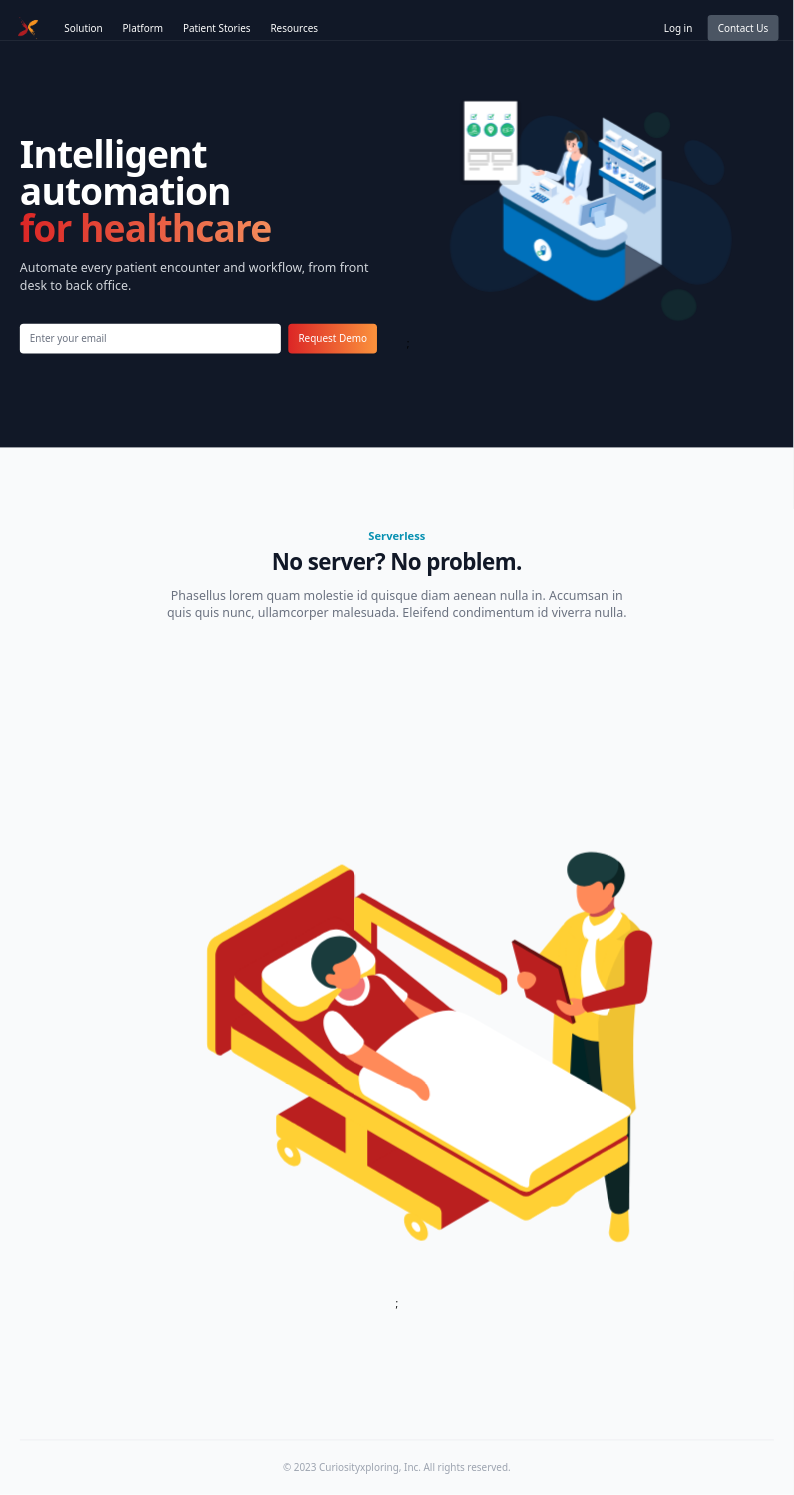
Repository: VinceBrun/medical-web3-app
Page: /
The author's editor kept a copy of each file at every save. The page is drawn from the files as they stood at one save, then again after the next save.
The browser window is 1280 px wide. The pictures show the whole page, at 62% of full size.
The project was rebuilt for these pictures with package versions that can differ from the ones it lists, and the page was loaded fresh each time. The framework's server and built-in components were replaced by stand-ins that run in the browser. Also part of the build but not shown: next.config.js, styles/Home.module.css.

Above is the page before, as saved 2023-01-12 16:37:16.

### pages/index.js
import Head from "next/head";
import Image from "next/image";
import { Inter } from "@next/font/google";
import styles from "../styles/Home.module.css";
import Landing from "../components/Landing";

const inter = Inter({ subsets: ["latin"] });

export default function Home() {
  return (
    <>
      <Head>
        <title>Medical Records</title>
        <meta
          name="description"
          content="Medical Records kept safe on the blockchain"
        />
        <meta name="viewport" content="width=device-width, initial-scale=1" />
        <link rel="icon" href="/images/favicon.ico" />
      </Head>
      <main className="">
        <Landing />
      </main>
    </>
  );
}

### components/Landing.jsx
import React from "react";
import { Fragment } from "react";
import { Popover, Transition } from "@headlessui/react";
import {
  ArrowPathIcon,
  Bars3Icon,
  CloudArrowUpIcon,
  CogIcon,
  LockClosedIcon,
  ServerIcon,
  ShieldCheckIcon,
  XMarkIcon,
} from "@heroicons/react/24/outline";
import {
  ArrowTopRightOnSquareIcon,
  ChevronRightIcon,
} from "@heroicons/react/20/solid";
import Lottie from "lottie-react";
import medicalanimation from "../public/images/medicalanimation.json";
import medicalpatient from "../public/images/medicalpatient.json";
import onlinemedicalanimation from "../public/images/onlinemedicalanimation.json";

const navigation = [
  { name: "Solution", href: "#" },
  { name: "Platform", href: "#" },
  { name: "Patient Stories", href: "#" },
  { name: "Resources", href: "#" },
];
const features = [
  {
    name: "Push to Deploy",
    description:
      "Ac tincidunt sapien vehicula erat auctor pellentesque rhoncus. Et magna sit morbi vitae lobortis.",
    icon: CloudArrowUpIcon,
  },
  {
    name: "SSL Certificates",
    description:
      "Qui aut temporibus nesciunt vitae dicta repellat sit dolores pariatur. Temporibus qui illum aut.",
    icon: LockClosedIcon,
  },
  {
    name: "Simple Queues",
    description:
      "Rerum quas incidunt deleniti quaerat suscipit mollitia. Amet repellendus ut odit dolores qui.",
    icon: ArrowPathIcon,
  },
  {
    name: "Advanced Security",
    description:
      "Ullam laboriosam est voluptatem maxime ut mollitia commodi. Et dignissimos suscipit perspiciatis.",
    icon: ShieldCheckIcon,
  },
  {
    name: "Powerful API",
    description:
      "Ab a facere voluptatem in quia corrupti veritatis aliquam. Veritatis labore quaerat ipsum quaerat id.",
    icon: CogIcon,
  },
  {
    name: "Database Backups",
    description:
      "Quia qui et est officia cupiditate qui consectetur. Ratione similique et impedit ea ipsum et.",
    icon: ServerIcon,
  },
];
const blogPosts = [
  {
    id: 1,
    title: "Boost your conversion rate",
    href: "#",
    date: "Mar 16, 2020",
    datetime: "2020-03-16",
    category: { name: "Article", href: "#" },
    imageUrl:
      "https://images.unsplash.com/photo-1496128858413-b36217c2ce36?ixlib=rb-1.2.1&ixid=eyJhcHBfaWQiOjEyMDd9&auto=format&fit=crop&w=1679&q=80",
    preview:
      "Lorem ipsum dolor sit amet consectetur adipisicing elit. Architecto accusantium praesentium eius, ut atque fuga culpa, similique sequi cum eos quis dolorum.",
    author: {
      name: "Roel Aufderehar",
      imageUrl:
        "https://images.unsplash.com/photo-1472099645785-5658abf4ff4e?ixlib=rb-1.2.1&ixid=eyJhcHBfaWQiOjEyMDd9&auto=format&fit=facearea&facepad=2&w=256&h=256&q=80",
      href: "#",
    },
    readingLength: "6 min",
  },
  {
    id: 2,
    title: "How to use search engine optimization to drive sales",
    href: "#",
    date: "Mar 10, 2020",
    datetime: "2020-03-10",
    category: { name: "Video", href: "#" },
    imageUrl:
      "https://images.unsplash.com/photo-1547586696-ea22b4d4235d?ixlib=rb-1.2.1&ixid=eyJhcHBfaWQiOjEyMDd9&auto=format&fit=crop&w=1679&q=80",
    preview:
      "Lorem ipsum dolor sit amet consectetur adipisicing elit. Velit facilis asperiores porro quaerat doloribus, eveniet dolore. Adipisci tempora aut inventore optio animi., tempore temporibus quo laudantium.",
    author: {
      name: "Brenna Goyette",
      imageUrl:
        "https://images.unsplash.com/photo-1550525811-e5869dd03032?ixlib=rb-1.2.1&ixid=eyJhcHBfaWQiOjEyMDd9&auto=format&fit=facearea&facepad=2&w=256&h=256&q=80",
      href: "#",
    },
    readingLength: "4 min",
  },
  {
    id: 3,
    title: "Improve your customer experience",
    href: "#",
    date: "Feb 12, 2020",
    datetime: "2020-02-12",
    category: { name: "Case Study", href: "#" },
    imageUrl:
      "https://images.unsplash.com/photo-1492724441997-5dc865305da7?ixlib=rb-1.2.1&ixid=eyJhcHBfaWQiOjEyMDd9&auto=format&fit=crop&w=1679&q=80",
    preview:
      "Lorem ipsum dolor sit amet consectetur adipisicing elit. Sint harum rerum voluptatem quo recusandae magni placeat saepe molestiae, sed excepturi cumque corporis perferendis hic.",
    author: {
      name: "Daniela Metz",
      imageUrl:
        "https://images.unsplash.com/photo-1487412720507-e7ab37603c6f?ixlib=rb-1.2.1&ixid=eyJhcHBfaWQiOjEyMDd9&auto=format&fit=facearea&facepad=2&w=256&h=256&q=80",
      href: "#",
    },
    readingLength: "11 min",
  },
];
const footerNavigation = {
  solutions: [
    { name: "Marketing", href: "#" },
    { name: "Analytics", href: "#" },
    { name: "Commerce", href: "#" },
    { name: "Insights", href: "#" },
  ],
  support: [
    { name: "Pricing", href: "#" },
    { name: "Documentation", href: "#" },
    { name: "Guides", href: "#" },
    { name: "API Status", href: "#" },
  ],
  company: [
    { name: "About", href: "#" },
    { name: "Blog", href: "#" },
    { name: "Jobs", href: "#" },
    { name: "Press", href: "#" },
    { name: "Partners", href: "#" },
  ],
  legal: [
    { name: "Claim", href: "#" },
    { name: "Privacy", href: "#" },
    { name: "Terms", href: "#" },
  ],
  social: [
    {
      name: "Facebook",
      href: "#",
      icon: (props) => (
        <svg fill="currentColor" viewBox="0 0 24 24" {...props}>
          <path
            fillRule="evenodd"
            d="M22 12c0-5.523-4.477-10-10-10S2 6.477 2 12c0 4.991 3.657 9.128 8.438 9.878v-6.987h-2.54V12h2.54V9.797c0-2.506 1.492-3.89 3.777-3.89 1.094 0 2.238.195 2.238.195v2.46h-1.26c-1.243 0-1.63.771-1.63 1.562V12h2.773l-.443 2.89h-2.33v6.988C18.343 21.128 22 16.991 22 12z"
            clipRule="evenodd"
          />
        </svg>
      ),
    },
    {
      name: "Instagram",
      href: "#",
      icon: (props) => (
        <svg fill="currentColor" viewBox="0 0 24 24" {...props}>
          <path
            fillRule="evenodd"
            d="M12.315 2c2.43 0 2.784.013 3.808.06 1.064.049 1.791.218 2.427.465a4.902 4.902 0 011.772 1.153 4.902 4.902 0 011.153 1.772c.247.636.416 1.363.465 2.427.048 1.067.06 1.407.06 4.123v.08c0 2.643-.012 2.987-.06 4.043-.049 1.064-.218 1.791-.465 2.427a4.902 4.902 0 01-1.153 1.772 4.902 4.902 0 01-1.772 1.153c-.636.247-1.363.416-2.427.465-1.067.048-1.407.06-4.123.06h-.08c-2.643 0-2.987-.012-4.043-.06-1.064-.049-1.791-.218-2.427-.465a4.902 4.902 0 01-1.772-1.153 4.902 4.902 0 01-1.153-1.772c-.247-.636-.416-1.363-.465-2.427-.047-1.024-.06-1.379-.06-3.808v-.63c0-2.43.013-2.784.06-3.808.049-1.064.218-1.791.465-2.427a4.902 4.902 0 011.153-1.772A4.902 4.902 0 015.45 2.525c.636-.247 1.363-.416 2.427-.465C8.901 2.013 9.256 2 11.685 2h.63zm-.081 1.802h-.468c-2.456 0-2.784.011-3.807.058-.975.045-1.504.207-1.857.344-.467.182-.8.398-1.15.748-.35.35-.566.683-.748 1.15-.137.353-.3.882-.344 1.857-.047 1.023-.058 1.351-.058 3.807v.468c0 2.456.011 2.784.058 3.807.045.975.207 1.504.344 1.857.182.466.399.8.748 1.15.35.35.683.566 1.15.748.353.137.882.3 1.857.344 1.054.048 1.37.058 4.041.058h.08c2.597 0 2.917-.01 3.96-.058.976-.045 1.505-.207 1.858-.344.466-.182.8-.398 1.15-.748.35-.35.566-.683.748-1.15.137-.353.3-.882.344-1.857.048-1.055.058-1.37.058-4.041v-.08c0-2.597-.01-2.917-.058-3.96-.045-.976-.207-1.505-.344-1.858a3.097 3.097 0 00-.748-1.15 3.098 3.098 0 00-1.15-.748c-.353-.137-.882-.3-1.857-.344-1.023-.047-1.351-.058-3.807-.058zM12 6.865a5.135 5.135 0 110 10.27 5.135 5.135 0 010-10.27zm0 1.802a3.333 3.333 0 100 6.666 3.333 3.333 0 000-6.666zm5.338-3.205a1.2 1.2 0 110 2.4 1.2 1.2 0 010-2.4z"
            clipRule="evenodd"
          />
        </svg>
      ),
    },
    {
      name: "Twitter",
      href: "#",
      icon: (props) => (
        <svg fill="currentColor" viewBox="0 0 24 24" {...props}>
          <path d="M8.29 20.251c7.547 0 11.675-6.253 11.675-11.675 0-.178 0-.355-.012-.53A8.348 8.348 0 0022 5.92a8.19 8.19 0 01-2.357.646 4.118 4.118 0 001.804-2.27 8.224 8.224 0 01-2.605.996 4.107 4.107 0 00-6.993 3.743 11.65 11.65 0 01-8.457-4.287 4.106 4.106 0 001.27 5.477A4.072 4.072 0 012.8 9.713v.052a4.105 4.105 0 003.292 4.022 4.095 4.095 0 01-1.853.07 4.108 4.108 0 003.834 2.85A8.233 8.233 0 012 18.407a11.616 11.616 0 006.29 1.84" />
        </svg>
      ),
    },
    {
      name: "GitHub",
      href: "#",
      icon: (props) => (
        <svg fill="currentColor" viewBox="0 0 24 24" {...props}>
          <path
            fillRule="evenodd"
            d="M12 2C6.477 2 2 6.484 2 12.017c0 4.425 2.865 8.18 6.839 9.504.5.092.682-.217.682-.483 0-.237-.008-.868-.013-1.703-2.782.605-3.369-1.343-3.369-1.343-.454-1.158-1.11-1.466-1.11-1.466-.908-.62.069-.608.069-.608 1.003.07 1.531 1.032 1.531 1.032.892 1.53 2.341 1.088 2.91.832.092-.647.35-1.088.636-1.338-2.22-.253-4.555-1.113-4.555-4.951 0-1.093.39-1.988 1.029-2.688-.103-.253-.446-1.272.098-2.65 0 0 .84-.27 2.75 1.026A9.564 9.564 0 0112 6.844c.85.004 1.705.115 2.504.337 1.909-1.296 2.747-1.027 2.747-1.027.546 1.379.202 2.398.1 2.651.64.7 1.028 1.595 1.028 2.688 0 3.848-2.339 4.695-4.566 4.943.359.309.678.92.678 1.855 0 1.338-.012 2.419-.012 2.747 0 .268.18.58.688.482A10.019 10.019 0 0022 12.017C22 6.484 17.522 2 12 2z"
            clipRule="evenodd"
          />
        </svg>
      ),
    },
    {
      name: "Dribbble",
      href: "#",
      icon: (props) => (
        <svg fill="currentColor" viewBox="0 0 24 24" {...props}>
          <path
            fillRule="evenodd"
            d="M12 2C6.48 2 2 6.48 2 12s4.48 10 10 10c5.51 0 10-4.48 10-10S17.51 2 12 2zm6.605 4.61a8.502 8.502 0 011.93 5.314c-.281-.054-3.101-.629-5.943-.271-.065-.141-.12-.293-.184-.445a25.416 25.416 0 00-.564-1.236c3.145-1.28 4.577-3.124 4.761-3.362zM12 3.475c2.17 0 4.154.813 5.662 2.148-.152.216-1.443 1.941-4.48 3.08-1.399-2.57-2.95-4.675-3.189-5A8.687 8.687 0 0112 3.475zm-3.633.803a53.896 53.896 0 013.167 4.935c-3.992 1.063-7.517 1.04-7.896 1.04a8.581 8.581 0 014.729-5.975zM3.453 12.01v-.26c.37.01 4.512.065 8.775-1.215.25.477.477.965.694 1.453-.109.033-.228.065-.336.098-4.404 1.42-6.747 5.303-6.942 5.629a8.522 8.522 0 01-2.19-5.705zM12 20.547a8.482 8.482 0 01-5.239-1.8c.152-.315 1.888-3.656 6.703-5.337.022-.01.033-.01.054-.022a35.318 35.318 0 011.823 6.475 8.4 8.4 0 01-3.341.684zm4.761-1.465c-.086-.52-.542-3.015-1.659-6.084 2.679-.423 5.022.271 5.314.369a8.468 8.468 0 01-3.655 5.715z"
            clipRule="evenodd"
          />
        </svg>
      ),
    },
  ],
};

export default function Landing() {
  return (
    <div className="bg-white">
      <div className="relative overflow-hidden">
        <Popover as="header" className="relative">
          <div className="bg-gray-900 pt-6">
            <nav
              className="relative mx-auto flex max-w-7xl items-center justify-between px-4 sm:px-6"
              aria-label="Global"
            >
              <div className="flex flex-1 items-center">
                <div className="flex w-full items-center justify-between md:w-auto">
                  <a href="#">
                    <span className="sr-only">Curioosityxploring</span>
                    <img
                      className="h-8 w-auto sm:h-10"
                      src="/images/curiositylogo.png"
                      alt=""
                    />
                  </a>
                  <div className="-mr-2 flex items-center md:hidden">
                    <Popover.Button className="focus-ring-inset inline-flex items-center justify-center rounded-md bg-gray-900 p-2 text-gray-400 hover:bg-gray-800 focus:outline-none focus:ring-2 focus:ring-white">
                      <span className="sr-only">Open main menu</span>
                      <Bars3Icon className="h-6 w-6" aria-hidden="true" />
                    </Popover.Button>
                  </div>
                </div>
                <div className="hidden space-x-8 md:ml-10 md:flex">
                  {navigation.map((item) => (
                    <a
                      key={item.name}
                      href={item.href}
                      className="text-base font-medium text-white hover:text-gray-300"
                    >
                      {item.name}
                    </a>
                  ))}
                </div>
              </div>
              <div className="hidden md:flex md:items-center md:space-x-6">
                <a
                  href="#"
                  className="text-base font-medium text-white hover:text-gray-300"
                >
                  Log in
                </a>
                <a
                  href="#"
                  className="inline-flex items-center rounded-md border border-transparent bg-gray-600 px-4 py-2 text-base font-medium text-white hover:bg-gray-700"
                >
                  Contact Us
                </a>
              </div>
            </nav>
          </div>

          <Transition
            as={Fragment}
            enter="duration-150 ease-out"
            enterFrom="opacity-0 scale-95"
            enterTo="opacity-100 scale-100"
            leave="duration-100 ease-in"
            leaveFrom="opacity-100 scale-100"
            leaveTo="opacity-0 scale-95"
          >
            <Popover.Panel
              focus
              className="absolute inset-x-0 top-0 origin-top transform p-2 transition md:hidden"
            >
              <div className="overflow-hidden rounded-lg bg-white shadow-md ring-1 ring-black ring-opacity-5">
                <div className="flex items-center justify-between px-5 pt-4">
                  <div>
                    <img
                      className="h-8 w-auto"
                      src="/images/curiositylogo.png"
                      alt=""
                    />
                  </div>
                  <div className="-mr-2">
                    <Popover.Button className="inline-flex items-center justify-center rounded-md bg-white p-2 text-gray-400 hover:bg-gray-100 focus:outline-none focus:ring-2 focus:ring-inset focus:ring-cyan-600">
                      <span className="sr-only">Close menu</span>
                      <XMarkIcon className="h-6 w-6" aria-hidden="true" />
                    </Popover.Button>
                  </div>
                </div>
                <div className="pt-5 pb-6">
                  <div className="space-y-1 px-2">
                    {navigation.map((item) => (
                      <a
                        key={item.name}
                        href={item.href}
                        className="block rounded-md px-3 py-2 text-base font-medium text-gray-900 hover:bg-gray-50"
                      >
                        {item.name}
                      </a>
                    ))}
                  </div>
                  <div className="mt-6 px-5">
                    <a
                      href="#"
                      className="block w-full rounded-md bg-gradient-to-r from-orange-500 to-red-800 py-3 px-4 text-center font-medium text-white shadow hover:from-teal-600 hover:to-cyan-700"
                    >
                      Contact Us
                    </a>
                  </div>
                  <div className="mt-6 px-5">
                    <p className="text-center text-base font-medium text-gray-500">
                      Existing customer?{" "}
                      <a href="#" className="text-gray-900 hover:underline">
                        Login
                      </a>
                    </p>
                  </div>
                </div>
              </div>
            </Popover.Panel>
          </Transition>
        </Popover>
        <main>
          <div className="bg-gray-900 pt-10 sm:pt-16 lg:overflow-hidden lg:pt-8 lg:pb-14">
            <div className="mx-auto max-w-7xl lg:px-8">
              <div className="lg:grid lg:grid-cols-2 lg:gap-8">
                <div className="mx-auto max-w-md px-4 sm:max-w-2xl sm:px-6 sm:text-center lg:flex lg:items-center lg:px-0 lg:text-left">
                  <div className="lg:py-24">
                    <h1 className="mt-4 text-4xl font-bold tracking-tight text-white sm:mt-5 sm:text-6xl lg:mt-6 xl:text-6xl">
                      <span className="block">Intelligent automation</span>
                      <span className="block bg-gradient-to-r from-red-600 to-orange-300 bg-clip-text pb-3 text-transparent sm:pb-5">
                        for healthcare
                      </span>
                    </h1>
                    <p className="text-base text-gray-300 sm:text-xl lg:text-lg xl:text-xl">
                      Automate every patient encounter and workflow, from front
                      desk to back office.
                    </p>
                    <div className="mt-10 sm:mt-12">
                      <form
                        action="#"
                        className="sm:mx-auto sm:max-w-xl lg:mx-0"
                      >
                        <div className="sm:flex">
                          <div className="min-w-0 flex-1">
                            <label htmlFor="email" className="sr-only">
                              Email address
                            </label>
                            <input
                              id="email"
                              type="email"
                              placeholder="Enter your email"
                              className="block w-full rounded-md border-0 px-4 py-3 text-base text-gray-900 placeholder-gray-500 focus:outline-none focus:ring-2 focus:ring-cyan-400 focus:ring-offset-2 focus:ring-offset-gray-900"
                            />
                          </div>
                          <div className="mt-3 sm:mt-0 sm:ml-3">
                            <button
                              type="submit"
                              className="block w-full rounded-md bg-gradient-to-r from-red-600 to-orange-400 py-3 px-4 font-medium text-white shadow hover:from-teal-600 hover:to-cyan-700 focus:outline-none focus:ring-2 focus:ring-cyan-400 focus:ring-offset-2 focus:ring-offset-gray-900"
                            >
                              Request Demo
                            </button>
                          </div>
                        </div>
                      </form>
                    </div>
                  </div>
                </div>
                <div className="mt-12 -mb-16 sm:-mb-48 lg:relative lg:m-0">
                  {/* <div className="mx-auto max-w-md px-4 sm:max-w-2xl sm:px-6 lg:max-w-none lg:px-0">
                    <img
                      className="w-full lg:absolute lg:inset-y-0 lg:left-0 lg:h-full lg:w-auto lg:max-w-none"
                      src="/images/pharmacy.mp4"
                      alt=""
                    />
                  </div> */}
                  <Lottie animationData={medicalanimation} loop={true} />;
                  {/* <Lottie animationData={onlinemedicalanimation} loop={true} /> */}
                </div>
              </div>
            </div>
          </div>

          {/* Feature section with screenshot */}
          <div className="relative bg-gray-50 pt-16 sm:pt-24 lg:pt-32">
            <div className="mx-auto max-w-md px-6 text-center sm:max-w-3xl lg:max-w-7xl lg:px-8">
              <div>
                <h2 className="text-lg font-semibold text-cyan-600">
                  Serverless
                </h2>
                <p className="mt-2 text-3xl font-bold tracking-tight text-gray-900 sm:text-4xl">
                  No server? No problem.
                </p>
                <p className="mx-auto mt-5 max-w-prose text-xl text-gray-500">
                  Phasellus lorem quam molestie id quisque diam aenean nulla in.
                  Accumsan in quis quis nunc, ullamcorper malesuada. Eleifend
                  condimentum id viverra nulla.
                </p>
              </div>
              <div className=" p-32 sm:-mb-24 lg:-mb-8">
                <Lottie animationData={medicalpatient} loop={true} />;
              </div>
            </div>
          </div>

          {/* Feature section with grid */}

          {/* Testimonial section */}

          {/* Blog section */}

          {/* CTA Section */}
        </main>
        <footer className="bg-gray-50" aria-labelledby="footer-heading">
          <h2 id="footer-heading" className="sr-only">
            Footer
          </h2>
          <div className="mx-auto max-w-md px-4 pt-12 sm:max-w-7xl sm:px-6 lg:px-8 lg:pt-16">
            <div className="xl:grid xl:grid-cols-3 xl:gap-8"></div>
            <div className="mt-12 border-t border-gray-200 py-8">
              <p className="text-base text-gray-400 xl:text-center">
                &copy; 2023 Curiosityxploring, Inc. All rights reserved.
              </p>
            </div>
          </div>
        </footer>
      </div>
    </div>
  );
}

Loaded but not shown: pages/_app.js (common file); pages/_document.js (common file); styles/globals.css (common file); tailwind.config.js (common file); public/images/medicalanimation.json (1 lines, source omitted); public/images/onlinemedicalanimation.json (1 lines, source omitted); public/images/medicalpatient.json (1 lines, source omitted)

After the next save:
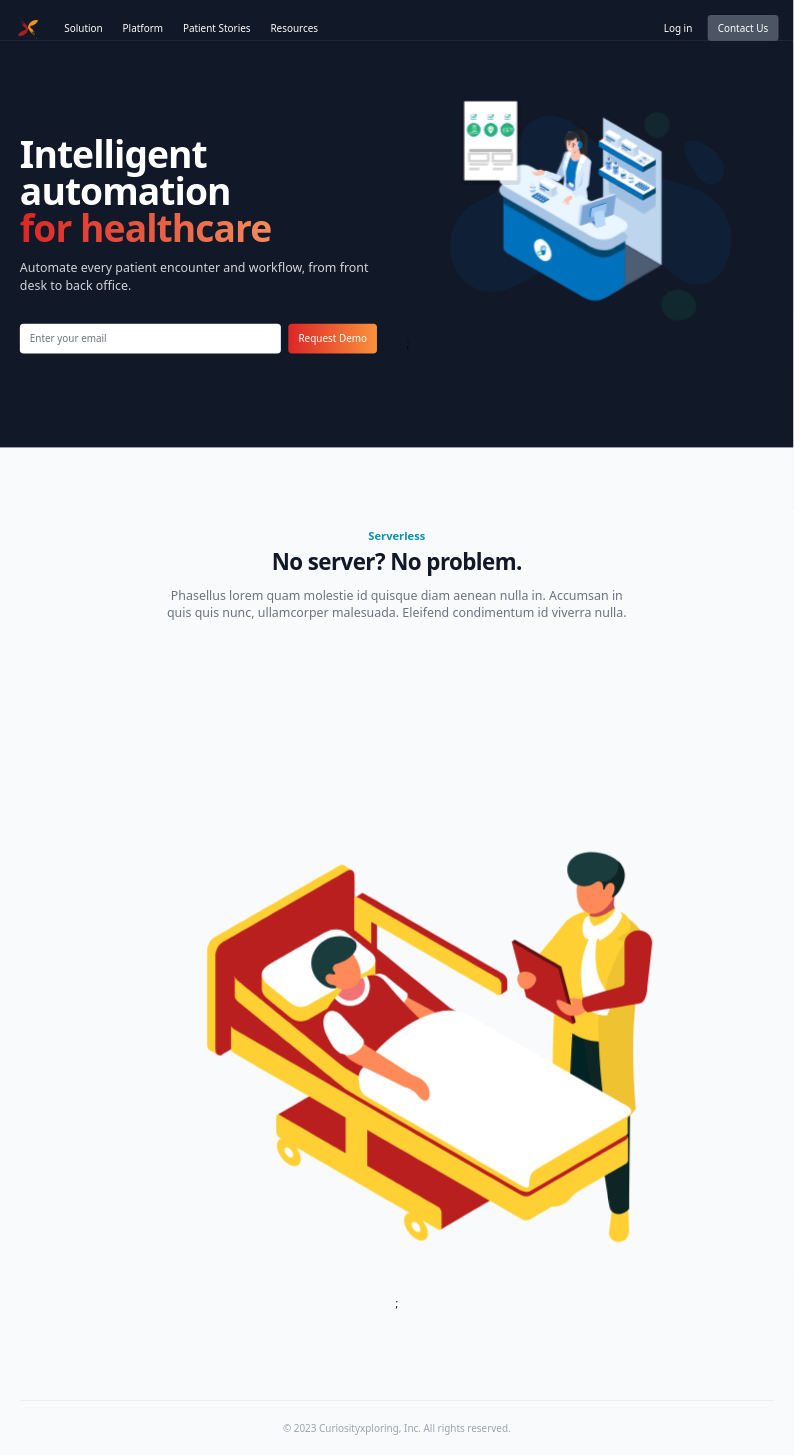
Saved 9 s later.
--- a/components/Landing.jsx
+++ b/components/Landing.jsx
@@ -408,7 +408,7 @@ export default function Landing() {
                   condimentum id viverra nulla.
                 </p>
               </div>
-              <div className=" p-32 sm:-mb-24 lg:-mb-8">
+              <div className=" p-32 sm:-mb-24 ">
                 <Lottie animationData={medicalpatient} loop={true} />;
               </div>
             </div>
